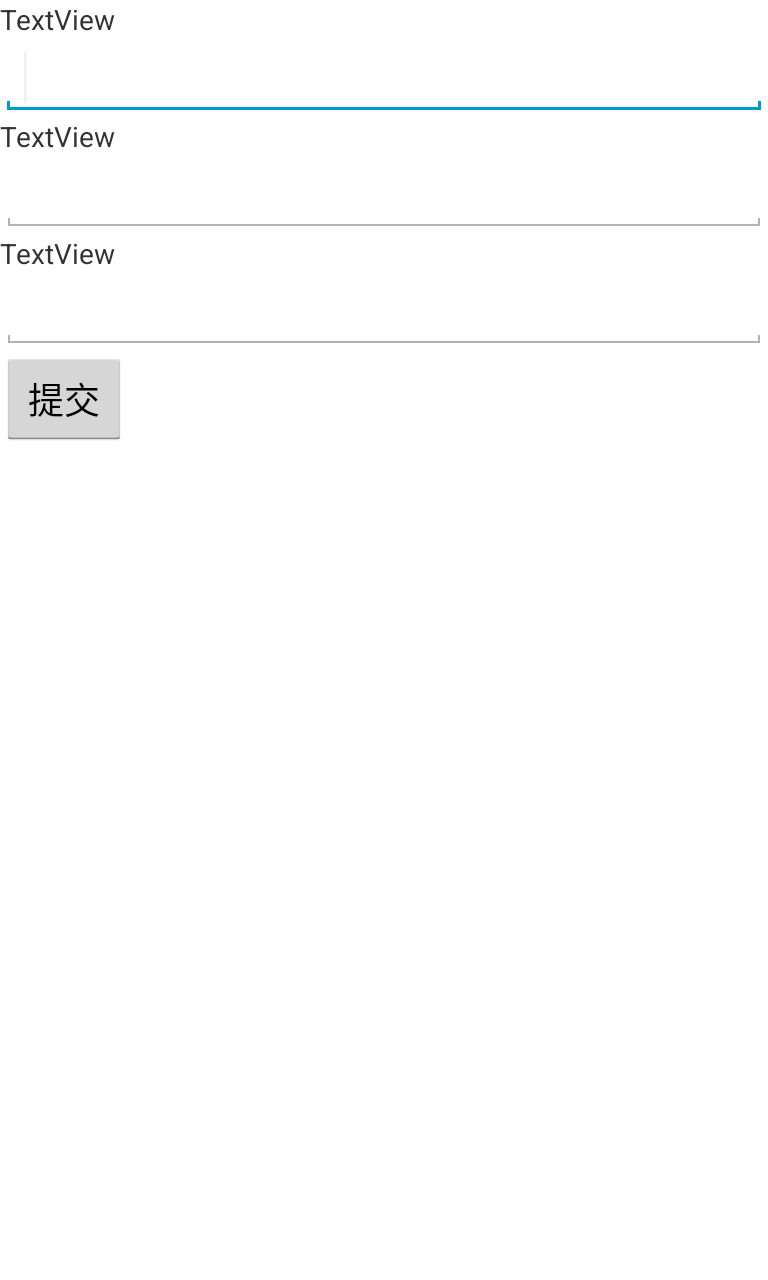
Repository: superlikex/Android_task
Layout: exchange/res/layout/avtivity_set.xml
An editor plug-in stored every save of this project. The layout is shown before and after the next save, followed by the edit.
It is drawn on a 768 x 1280 px phone screen (xhdpi) without system bars, with theme AppTheme; the app's code is not run.

Above is the layout before, as saved 2015-12-04 11:02:15.

After the next save:
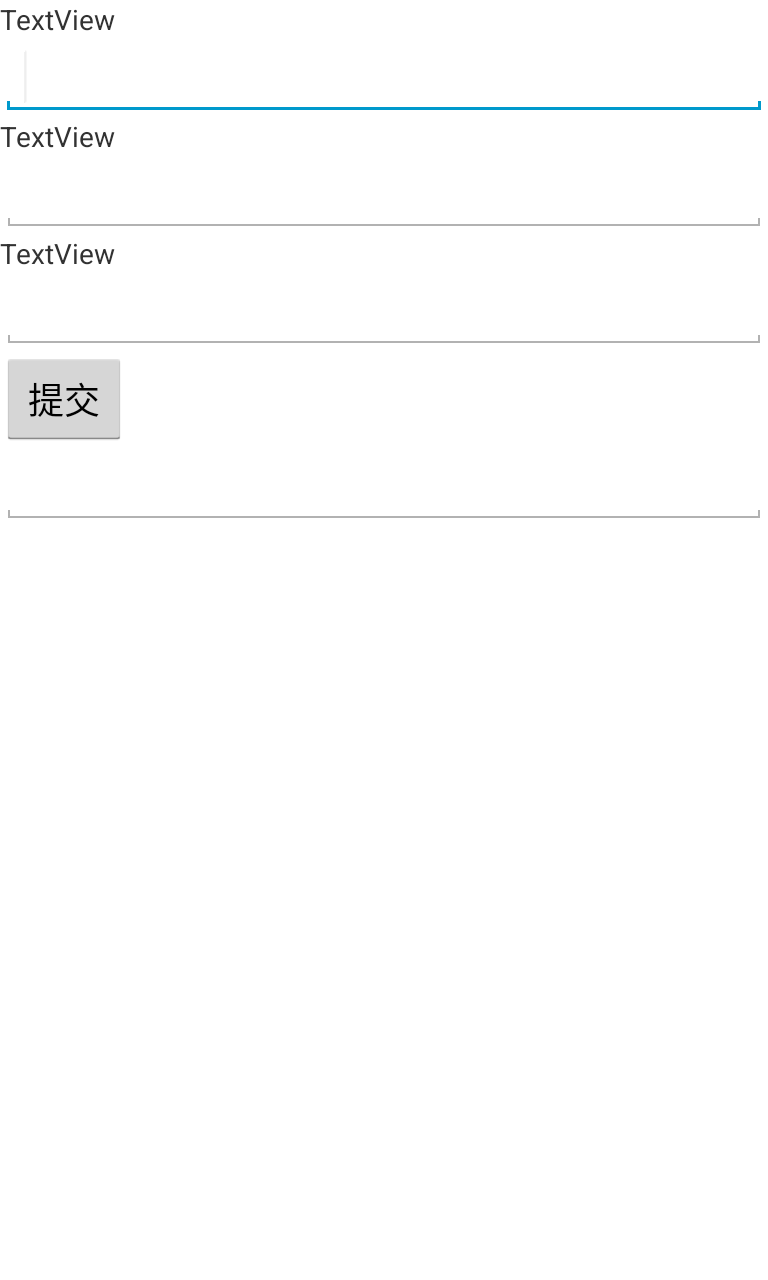
Saved 3 min 34 s later.
--- a/exchange/res/layout/avtivity_set.xml
+++ b/exchange/res/layout/avtivity_set.xml
@@ -15,6 +15,7 @@
         android:layout_width="match_parent"
         android:layout_height="wrap_content"
         android:ems="10"
+        android:inputType="numberDecimal"
         >
 
         <requestFocus />
@@ -31,6 +32,7 @@
         android:layout_width="match_parent"
         android:layout_height="wrap_content"
         android:ems="10"
+        android:inputType="numberDecimal"
         />
 
     <TextView
@@ -44,6 +46,7 @@
         android:layout_width="match_parent"
         android:layout_height="wrap_content"
         android:ems="10"
+        android:inputType="numberDecimal"
          />
 
     <Button
@@ -52,4 +55,11 @@
         android:layout_height="wrap_content"
         android:text="提交" />
 
+    <EditText
+        android:id="@+id/editText4"
+        android:layout_width="match_parent"
+        android:layout_height="wrap_content"
+        android:ems="10"
+        android:inputType="numberDecimal" />
+
 </LinearLayout>

After the save that followed:
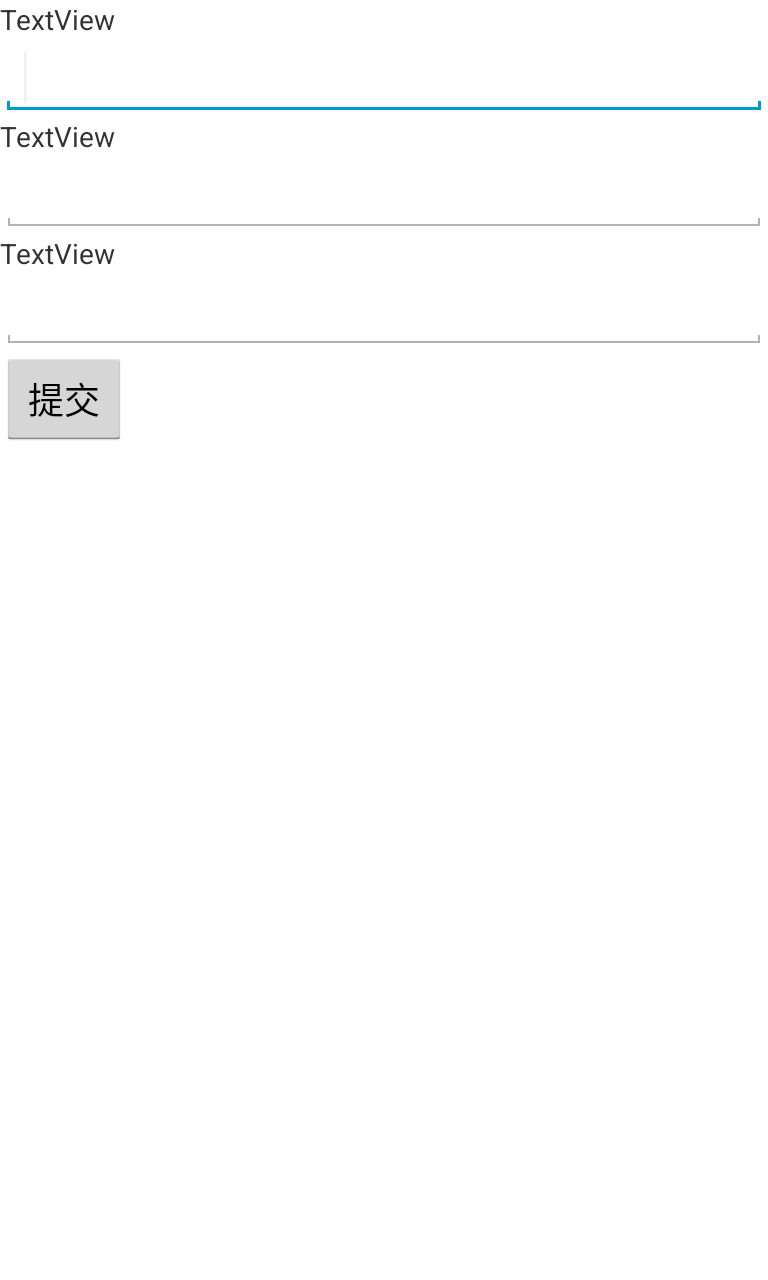
Saved 2 min 23 s later.
--- a/exchange/res/layout/avtivity_set.xml
+++ b/exchange/res/layout/avtivity_set.xml
@@ -55,11 +55,5 @@
         android:layout_height="wrap_content"
         android:text="提交" />
 
-    <EditText
-        android:id="@+id/editText4"
-        android:layout_width="match_parent"
-        android:layout_height="wrap_content"
-        android:ems="10"
-        android:inputType="numberDecimal" />
 
 </LinearLayout>
